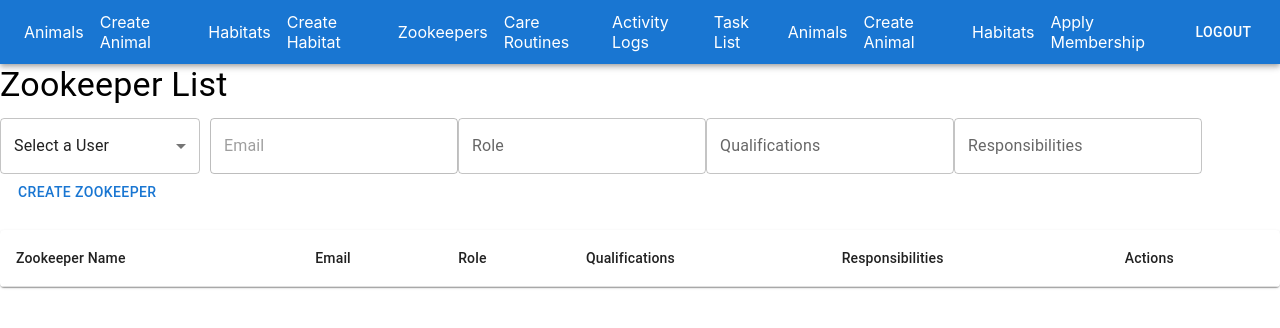
Repository: maomao7788/Digital-Zoo-Management1
Page: /zookeepers (app in frontend/)
The author's editor kept a copy of each file at every save. The page is drawn from the files as they stood at one save, then again after the next save.
The browser window is 1280 px wide. The pictures show the whole page.
The page's requests for data from a server got no answer. The project was rebuilt for these pictures with package versions that can differ from the ones it lists, and the page was loaded fresh each time. No one was signed in, and anything a server would have sent is missing. Also part of the build but not shown: frontend/src/pages/AnimalList.tsx, frontend/src/pages/CreateAnimal.tsx, frontend/src/pages/Login.tsx, frontend/src/components/PrivateRoute.tsx, frontend/src/pages/EditAnimal.tsx, frontend/src/pages/HabitatList.tsx, frontend/src/pages/CreateHabitat.tsx, frontend/src/pages/EditHabitat.tsx and 6 more.

Above is the page before, as saved 2025-03-10 13:56:17.

After the next save:
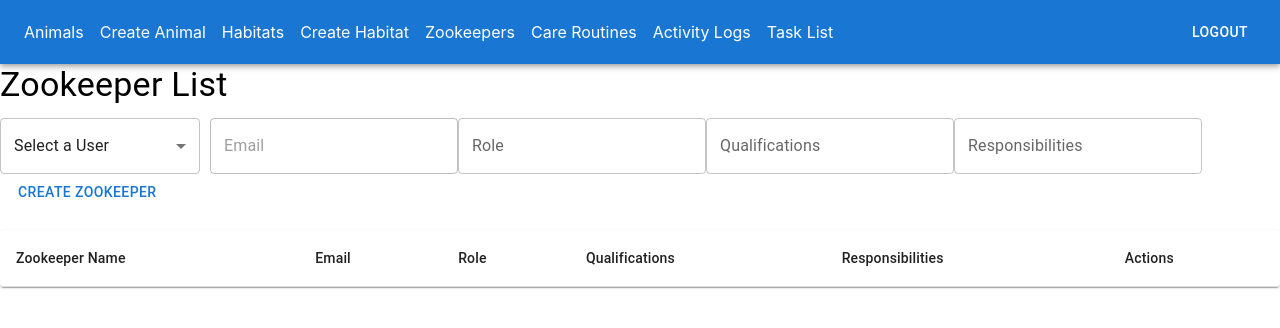
Saved 6 min 1 s later.
--- a/frontend/src/App.tsx
+++ b/frontend/src/App.tsx
@@ -37,10 +37,6 @@ function App() {
           <Link component={RouterLink} to="/care_routines" color="inherit" underline="none" sx={{ mr: 2 }}>Care Routines</Link>
           <Link component={RouterLink} to="/activity_logs" color="inherit" underline="none" sx={{ mr: 2 }}>Activity Logs</Link>
           <Link component={RouterLink} to="/task-list" color="inherit" underline="none" sx={{ mr: 2 }}>Task List</Link>
-          <Link href="/" color="inherit" underline="none" sx={{ mr: 2 }}>Animals</Link>
-          <Link href="/create" color="inherit" underline="none" sx={{ mr: 2 }}>Create Animal</Link>
-          <Link href="/habitats" color="inherit" underline="none" sx={{ mr: 2 }}>Habitats</Link>
-          <Link href="/apply-membership" color="inherit" underline="none" sx={{ mr: 2 }}>Apply Membership</Link>
 
           <Box sx={{ flexGrow: 1 }}></Box>
           <Button color="inherit" onClick={handleLogout}>Logout</Button>
@@ -60,11 +56,6 @@ function App() {
         <Route path="/activity_logs" element={<ActivityLogPage />} />
         <Route path="/edit-zookeeper/:id" element={<EditZookeeper />} />
         <Route path="/task-list" element={<TaskList />} />
-        <Route path="/login" element={<Login />} />
-        <Route path="/register" element={<Register />} />
-        <Route path="/apply-membership" element={<PrivateRoute><ApplyMembership /></PrivateRoute>} />
-        <Route path="/" element={<PrivateRoute><AnimalList /></PrivateRoute>} />
-        <Route path="/create" element={<PrivateRoute><CreateAnimal /></PrivateRoute>} />
 
 
       </Routes>
